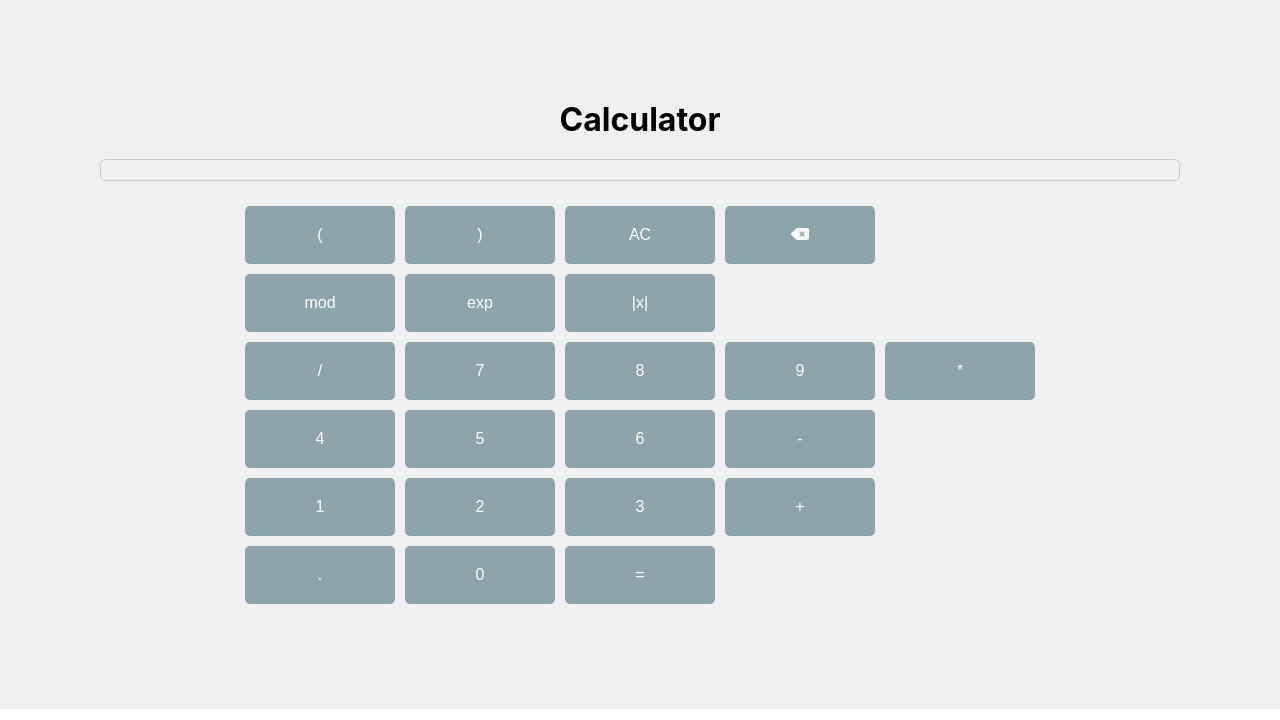
Repository: thesaherriaz/Calculator-React
Page: /
The author's editor kept a copy of each file at every save. The page is drawn from the files as they stood at one save, then again after a run of saves.
The browser window is 1280 px wide. The pictures show the whole page.
The project was rebuilt for these pictures with package versions that can differ from the ones it lists, and the page was loaded fresh each time.

Above is the page before, as saved 2025-06-18 15:31:27.

After the next 2 saves:
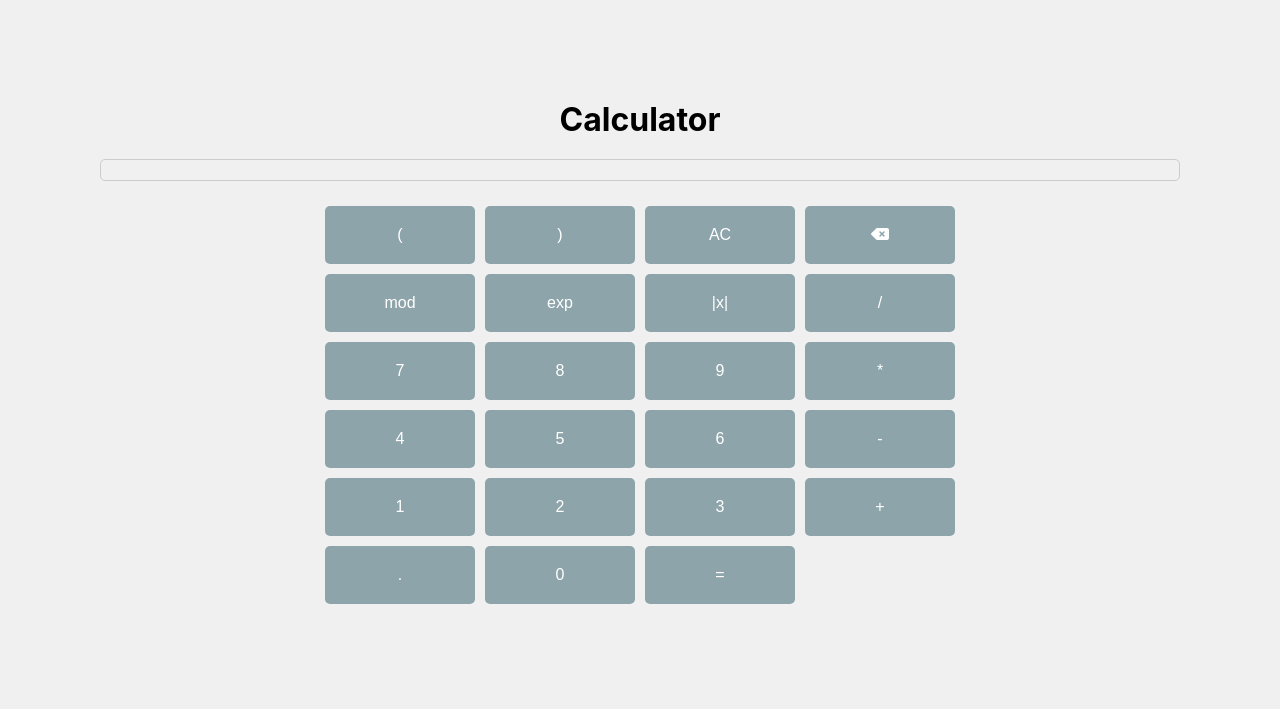
The 2 saves are shown as one change because they came seconds apart.
The last was saved 11 s later.
--- a/src/compnents/Calculator.jsx
+++ b/src/compnents/Calculator.jsx
@@ -37,8 +37,8 @@ function Calculator() {
                 <button className='btn-cal'onClick={handleClick('DEL')}><i class="fa-solid fa-delete-left"></i></button> <br />
                 <button className='btn-cal'onClick={handleClick('mod')}>mod</button>
                 <button className='btn-cal'onClick={handleClick('exp')}>exp</button>
-                <button className='btn-cal'onClick={handleClick('|x|')}>|x|</button><br />
-                <button className='btn-cal'onClick={handleClick('/')}>/</button>
+                <button className='btn-cal'onClick={handleClick('|x|')}>|x|</button>
+                <button className='btn-cal'onClick={handleClick('/')}>/</button> <br />
                 <button className='btn-cal'onClick={handleClick('7')}>7</button>
                 <button className='btn-cal'onClick={handleClick('8')}>8</button>
                 <button className='btn-cal'onClick={handleClick('9')}>9</button>
